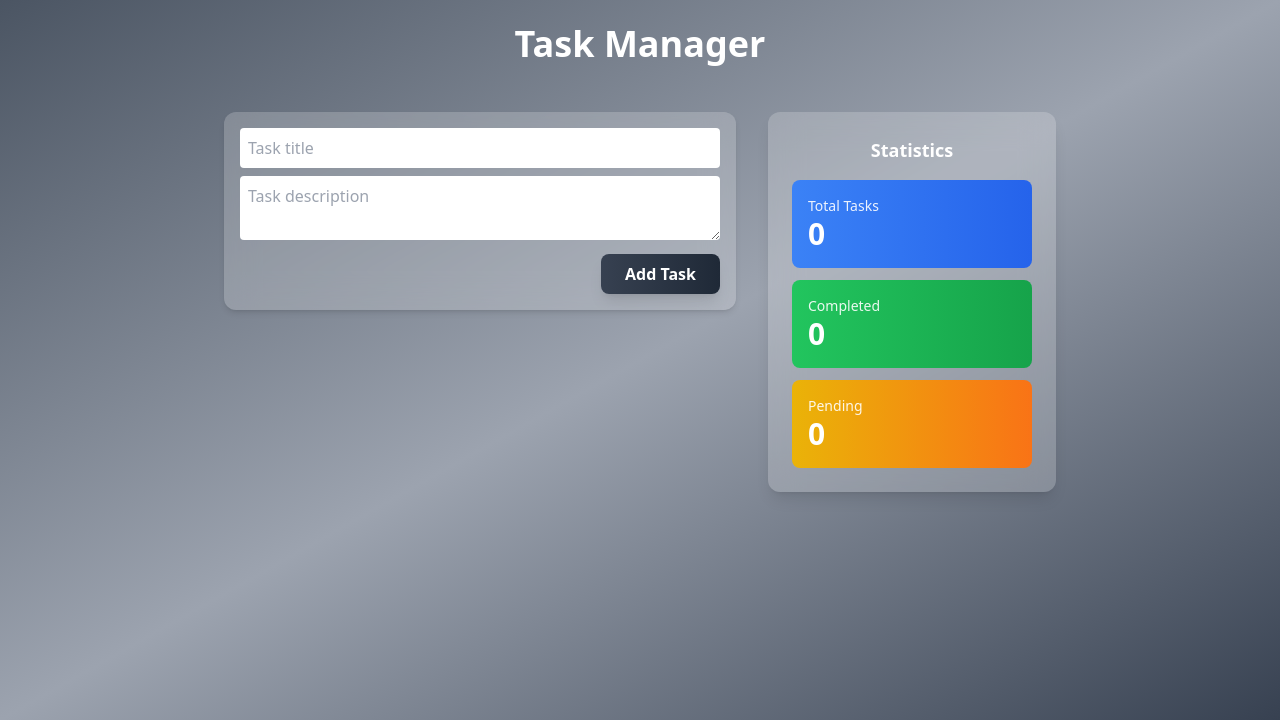
Repository: Meenakshi-commits/mern-task-manager
Page: / (app in client/)
These files come from the project's save history. The page is drawn as it stood at one moment and after a run of saves; the edit follows.
The browser window is 1280 px wide. The pictures show the whole page.
The page's requests for data from a server got no answer. The project was rebuilt for these pictures with package versions that can differ from the ones it lists, and the page was loaded fresh each time. No one was signed in, and anything a server would have sent is missing. Also part of the build but not shown: client/vite.config.js, client/src/components/TaskItem.jsx.

Above is the page before, as saved 2026-01-09 17:42:40.

After the next 4 saves:
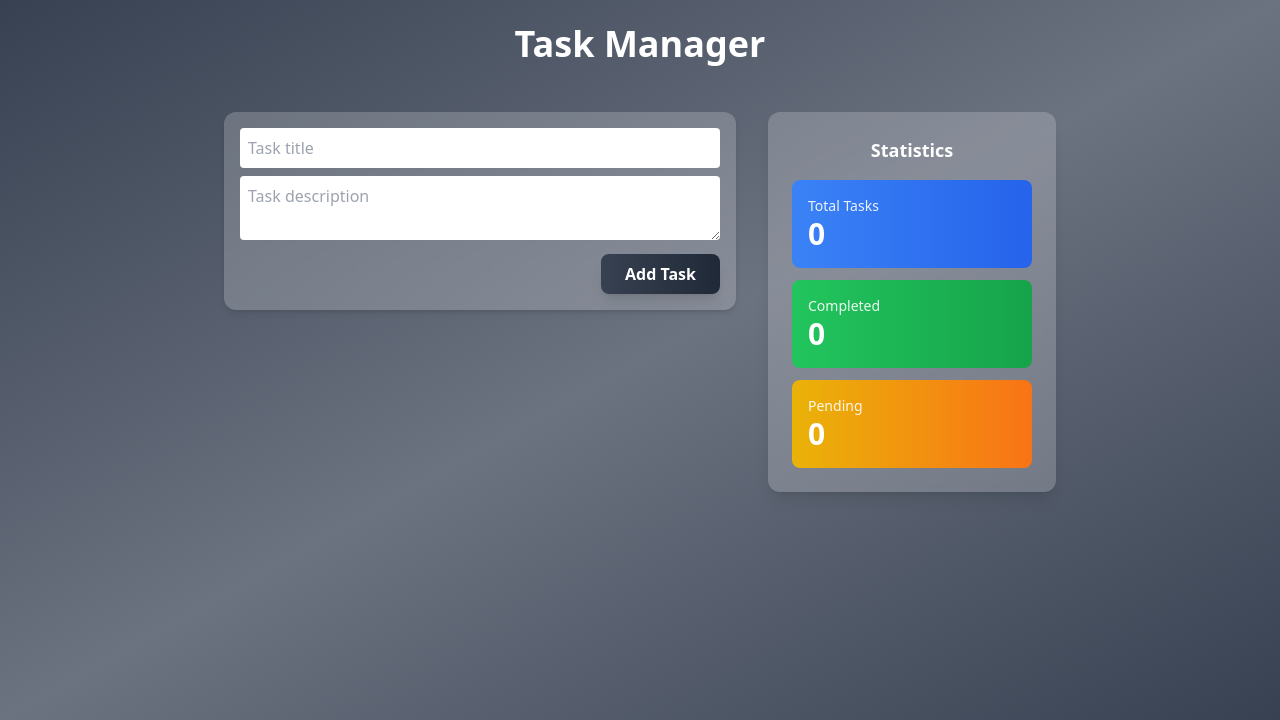
The 4 saves are shown as one change because they came seconds apart.
The last was saved 29 s later.
--- a/client/src/App.jsx
+++ b/client/src/App.jsx
@@ -19,7 +19,7 @@ export default function App() {
   const pending = tasks.length - completed;
 
   return (
-    <div className="min-h-screen bg-gradient-to-br from-gray-600 via-gray-400 to-gray-700 p-6">
+    <div className="min-h-screen bg-gradient-to-br from-gray-700 via-gray-500 to-gray-700 p-6">
       <h1 className="text-4xl font-bold text-center mb-12 text-white">
         Task Manager
       </h1>
